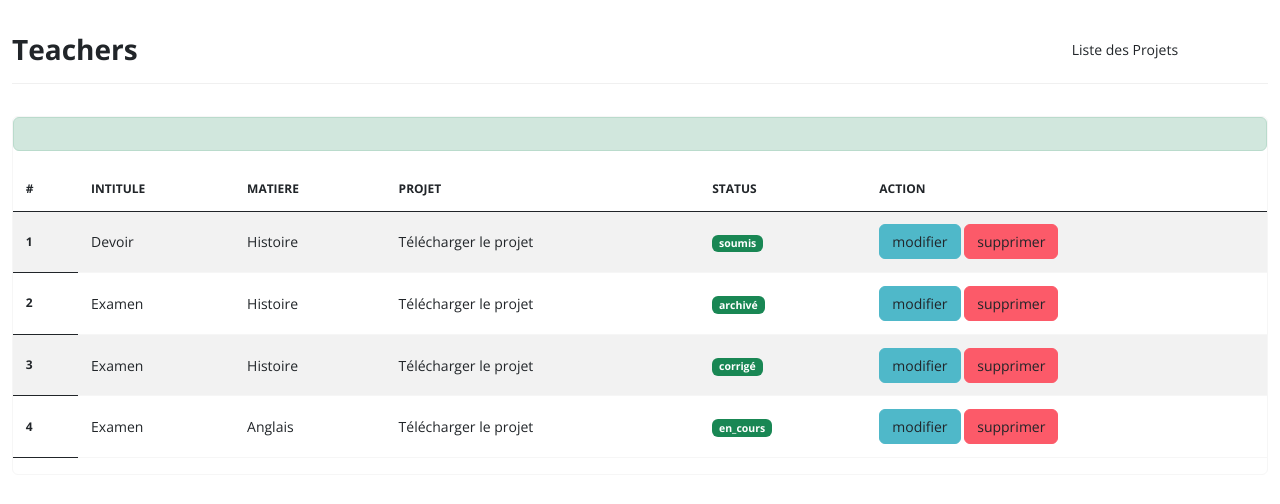
Repository: dimitri0004/Moodle
Page: http://localhost/enseignant/projet/
These files come from the project's save history. The page is drawn as it stood at one moment and after the next save; the edit follows.
The browser window is 1280 px wide. The pictures show the whole page.
The page is served by the project's application, run on Django 4.2 (manage.py). The database holds what the project's SQL file puts in it.

Above is the page before, as saved 2023-08-19 03:37:55.
Console error: TypeError: Cannot set properties of null (setting 'innerHTML')

After the next save:
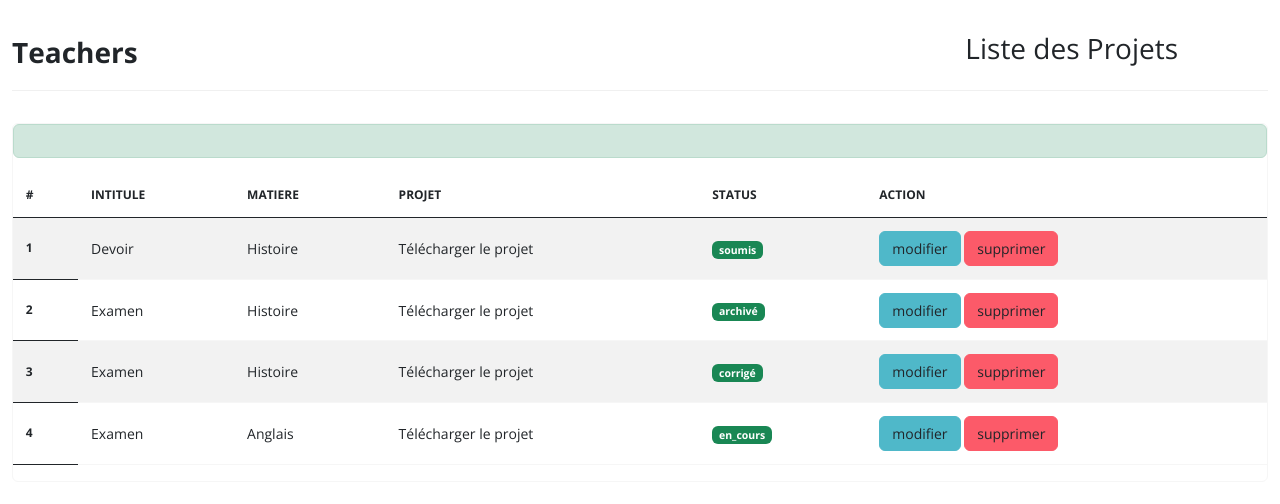
Saved 33 s later.
--- a/templates/Enseignant/Projet/index.html
+++ b/templates/Enseignant/Projet/index.html
@@ -9,7 +9,7 @@
                     <div class="card-header py-3 px-0 d-flex align-items-center  justify-content-between border-bottom">
                         <h3 class=" fw-bold flex-fill mb-0">Teachers</h3>
                         <div class="dropdown px-2">
-                            Liste des Projets
+                            <H3>Liste des Projets</H3>
                         </div>
                         <div class="dropdown">
                             <button class="btn btn-primary dropdown-toggle" type="button" id="dropdownMenuButton2" data-bs-toggle="dropdown" aria-expanded="false">
